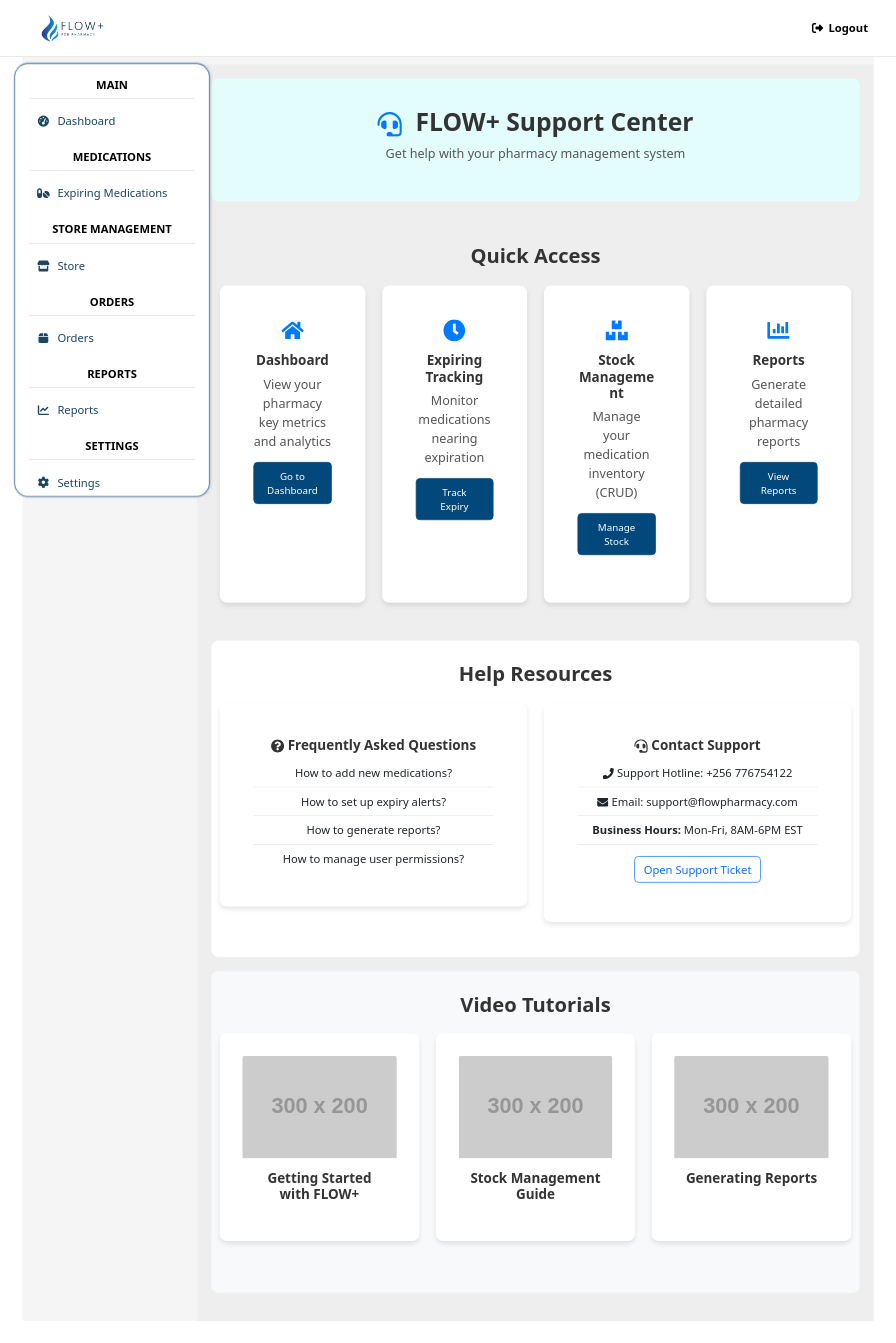
Repository: bindukabusara/Frontend
Page: /support
The author's editor kept a copy of each file at every save. The page is drawn from the files as they stood at one save, then again after the next save.
The browser window is 1280 px wide. The pictures show the whole page, at 70% of full size.
The project was rebuilt for these pictures with package versions that can differ from the ones it lists, and the page was loaded fresh each time. Also part of the build but not shown: vite.config.js, src/components/Home.jsx, src/components/authentification/Signup.css, src/components/authentification/Signup.jsx, src/components/authentification/Login.jsx, src/components/Content/Dashboard.jsx, src/components/Content/MedicationStore.jsx, src/components/Content/ExpiringMedications.jsx and 14 more.

Above is the page before, as saved 2025-03-31 17:09:12.

### index.html
<!doctype html>
<html lang="en">

<head>
  <meta charset="UTF-8" />
  <link rel="icon" type="image/png" href="/Logo.png" />
  <meta name="viewport" content="width=device-width, initial-scale=1.0" />
  <title> FLOW +</title>

</head>

<body>
  <div id="root"></div>
  <script type="module" src="/src/main.jsx"></script>
</body>

</html>

### src/App.css
#root {
  max-width: 1280px;
  margin: 0 auto;
  padding: 2rem;
  text-align: center;
}

.logo {
  height: 6em;
  padding: 1.5em;
  will-change: filter;
  transition: filter 300ms;
}
.logo:hover {
  filter: drop-shadow(0 0 2em #646cffaa);
}
.logo.react:hover {
  filter: drop-shadow(0 0 2em #61dafbaa);
}

@keyframes logo-spin {
  from {
    transform: rotate(0deg);
  }
  to {
    transform: rotate(360deg);
  }
}

@media (prefers-reduced-motion: no-preference) {
  a:nth-of-type(2) .logo {
    animation: logo-spin infinite 20s linear;
  }
}

.card {
  padding: 2em;
}

.read-the-docs {
  color: #ffffff;
}

### src/components/Pharmacy/Sidebar/Navbar.jsx
import React, { useState } from 'react';
import { useNavigate } from 'react-router-dom'; // Use useNavigate for redirection
import { FontAwesomeIcon } from '@fortawesome/react-fontawesome';
import { faSignOutAlt } from '@fortawesome/free-solid-svg-icons'; // Logout icon
import './Navbar.css'; // Import the CSS file
import logo from './Logo.png'; // Import the logo image

function Navbar() {
  const [showLogoutPopup, setShowLogoutPopup] = useState(false);
  const navigate = useNavigate(); // Initialize useNavigate for redirection

  const handleLogoutClick = () => {
    setShowLogoutPopup(true);
  };

  const handleConfirmLogout = () => {
    // Perform logout logic here
    console.log('User logged out');

    // Clear user session or authentication state
    localStorage.removeItem('authToken'); // Example: Remove token from localStorage
    // You can also clear other user-related data if needed

    // Redirect to the login page or home page
    navigate('/login'); // Replace '/login' with the desired route

    // Close the popup
    setShowLogoutPopup(false);
  };

  const handleCancelLogout = () => {
    setShowLogoutPopup(false);
  };

  return (
    <>
      {/* Navbar */}
      <nav className="navbar">
        <div className="navbar-content">
          {/* Logo on the left */}
          <div className="navbar-logo">
            <img src={logo} alt="Logo" /> {/* Use the imported logo */}
          </div>

          {/* Logout option with icon and text */}
          <div className="navbar-actions">
            <div className="logout-option" onClick={handleLogoutClick}>
              <FontAwesomeIcon icon={faSignOutAlt} /> <strong>Logout</strong>
            </div>
          </div>
        </div>
      </nav>

      {/* Logout Confirmation Popup */}
      {showLogoutPopup && (
        <div className="logout-popup-overlay">
          <div className="logout-popup">
            <h3>Are you sure you want to log out?</h3>
            <div className="popup-buttons">
              <button className="confirm-button" onClick={handleConfirmLogout}>
                Yes, Logout
              </button>
              <button className="cancel-button" onClick={handleCancelLogout}>
                Cancel
              </button>
            </div>
          </div>
        </div>
      )}
    </>
  );
}

export default Navbar;

### src/components/Content/ExpiringMedications.css
.expiring-medications-container {
    display: flex;
  }

  .main-content {
    flex: 1;
    padding: 20px;
  }

  .medication-image {
    width: 50px;
    height: 50px;
    object-fit: cover;
    border-radius: 5px;
  }
  .expiring-medications-container {
    display: flex;
  }

  .main-content {
    flex: 1;
    padding: 10px;
    background-color: #f8f9fa;
  }

  /* Card styling */
  .expired-card {
    background-color: #ff4444; /* Red background for expired medications */
    color: white; /* White text */
    border-radius: 10px;
    box-shadow: 0 4px 8px rgba(0, 0, 0, 0.1);
  }

  .expiring-soon-card {
    background-color: #ffb444; /* Orange background for expiring soon medications */
    color: white; /* White text */
    border-radius: 10px;
    box-shadow: 0 4px 8px rgba(0, 0, 0, 0.1);
  }

  .expiring-three-months-card {
    background-color: #44b4ff; /* Blue background for expiring in three months medications */
    color: white; /* White text */
    border-radius: 10px;
    box-shadow: 0 4px 8px rgba(0, 0, 0, 0.1);
  }

  /* Dropdown styling */
  .dropdown-toggle {
    width: 100%;
    text-align: left;
    background-color: transparent;
    border: none;
  }

  .dropdown-menu {
    width: 100%;
    max-height: 200px;
    overflow-y: auto;
  }

  .dropdown-item {
    padding: 10px;
    color: #333;
  }

  .dropdown-item:hover {
    background-color: #f8f9fa;
  }

  /* Description styling */
  p {
    margin-top: 10px;
    font-size: 14px;
    color: #fff;
  }

  .expiring-medications-container {
    display: flex;
  }

  .main-content {
    flex: 1;
    padding: 20px;
    background-color: #efeeee;
  }

  /* Card styling */
  .expired-card,
  .expiring-soon-card,
  .expiring-three-months-card {
    background-color: #ffffff; /* White background for cards */
    border-radius: 10px;
    box-shadow: 0 4px 8px rgba(0, 0, 0, 0.1);
    padding: 20px;
  }

  /* Button styling */
  .custom-button {
    background-color: #02487a; /* Blue background */
    color: white; /* White text */
    font-weight: bold; /* Bold text */
    border: none;
    padding: 10px 20px;
    border-radius: 5px;
    width: 100%;
    text-align: left;
    display: flex;
    align-items: center;
    transition: background-color 0.3s ease;
  }

  .custom-button:hover {
    background-color: #1a4661; /* Darker blue on hover */
  }

  /* Icon styling */
  .button-icon {
    margin-right: 10px;
    font-size: 18px;
  }

  /* Description styling */
  p {
    margin-top: 10px;
    font-size: 18px;
    color: #555;
  }

### src/components/Pharmacy/Sidebar/Navbar.css
/* Navbar Styles */
.navbar {
  background-color: #fff; /* Updated navbar color */
  color: #fff; /* White text */
  padding: 5px 10px;
  box-shadow: 0 2px 5px rgba(255, 255, 255, 0.1);
  position: fixed;
  top: 0;
  left: 0;
  width: 100%;
  z-index: 100;
  display: flex;
  align-items: center;
}

.navbar-content {
  display: flex;
  align-items: center;
  width: 100%;
  max-width: 1200px;
  margin: 0 auto;
}



.navbar-logo img {
  height: 70px; /* Adjust logo size */
}

/* Logout option styling */
.navbar-actions {
  margin-left: auto; /* Push logout to the extreme right */
  display: flex;
  align-items: center;
}

.navbar-actions .logout-option {
  color: #000000;
  cursor: pointer;
  font-size: 16px;
  display: flex;
  align-items: center;
  gap: 8px; /* Space between icon and text */
  transition: opacity 0.3s ease;
}

.navbar-actions .logout-option:hover {
  opacity: 0.8; /* Slight fade on hover */
}

/* Logout icon styling */
.navbar-actions .logout-option svg {
  width: 16px;
  height: 16px;
}

/* Logout Popup Overlay */
.logout-popup-overlay {
  position: fixed;
  top: 0;
  left: 0;
  width: 100%;
  height: 100%;
  background-color: rgba(0, 0, 0, 0.5); /* Semi-transparent black overlay */
  display: flex;
  justify-content: center;
  align-items: center;
  z-index: 1001;
}

/* Logout Popup */
.logout-popup {
  background-color: #fff;
  padding: 20px;
  border-radius: 10px;
  box-shadow: 0 2px 10px rgba(0, 0, 0, 0.1);
  text-align: center;
  max-width: 300px;
  width: 100%;
}

.logout-popup h3 {
  margin-bottom: 20px;
  color: #333;
}

.popup-buttons {
  display: flex;
  justify-content: center;
  gap: 10px;
}

.popup-buttons button {
  padding: 8px 16px;
  border: none;
  border-radius: 5px;
  cursor: pointer;
  font-size: 14px;
  transition: background-color 0.3s ease;
}

.popup-buttons .confirm-button {
  background-color: #ff4d4d; /* Red button */
  color: #fff;
}

.popup-buttons .confirm-button:hover {
  background-color: #e60000; /* Darker red on hover */
}

.popup-buttons .cancel-button {
  background-color: #1D328D; /* Updated navbar color */
  color: #fff;
}

.popup-buttons .cancel-button:hover {
  background-color: #16236b; /* Darker blue on hover */
}

### src/components/Content/order.css
.all-carts-page-container {
    padding: 20px;
  }

  .main-content {
    margin-left: 250px; /* Adjust based on your sidebar width */
  }

  .medication-image {
    width: 50px;
    height: 50px;
    object-fit: cover;
    margin-right: 10px;
  }

  .table td {
    vertical-align: middle; /* Align content vertically in the middle */
  }

  .modal-body {
    padding: 20px;
  }

  .modal-footer {
    justify-content: space-between;
  }

  /* Style the time input */
  input[type="time"] {
    padding: 8px;
    border: 1px solid #ccc;
    border-radius: 4px;
    width: 100%;
  }

  /* Style the "Add Another Time" button */
  .btn-secondary {
    margin-top: 10px;
  }

  .custom-table {
    width: 100%;
    border-collapse: collapse;
    margin-top: 20px;
    box-shadow: 0 4px 8px rgba(0, 0, 0, 0.1);
    background-color: #fff;
  }

  .custom-table th,
  .custom-table td {
    padding: 12px;
    text-align: left;
    border-bottom: 1px solid #ddd;
  }

  .custom-table th {
    background-color: #02487a;
    color: #fff;
    font-weight: bold;
    text-transform: uppercase;
    font-size: 12px;
  }

  .custom-table tbody tr:hover {
    background-color: #f1f1f1;
  }

  .custom-table tbody tr:nth-child(even) {
    background-color: #f9f9f9;
  }

  /* Medication Image Styling */
  .medication-image {
    width: 30px;
    height: 30px;
    border-radius: 5px;
    object-fit: cover;
  }

  /* Button Styling */
  .btn-primary {
    background-color:#02487a;
    border-color: #02487a;
    font-size: 14px;
    padding: 8px 16px;
  }

  .btn-primary:hover {
    background-color: #02487a;;
    border-color:#02487a;;
  }

### src/components/Content/Support.css
/* Support Page Styles */
.dashboard-container {
    display: flex;
    min-height: 100vh;
  }

  .main-content {
    flex: 1;
    padding: 20px;
    margin-left: 250px; /* Adjust based on your sidebar width */
  }

  .support-header {
    background-color: #E3FDFD;
    padding: 40px 0;
    text-align: center;
    margin-bottom: 30px;
    border-radius: 10px;
  }

  .support-header h1 {
    font-size: 2.2rem;
    font-weight: bold;
    color: #333;
  }

  .support-icon {
    color: #007bff;
    margin-right: 10px;
  }

  .section-title {
    font-size: 1.8rem;
    font-weight: bold;
    color: #333;
    margin-bottom: 25px;
    text-align: center;
  }

  .quick-links {
    padding: 30px 0;
  }

  .quick-link-card {
    height: 100%;
    transition: transform 0.3s ease;
    border: none;
    border-radius: 10px;
    box-shadow: 0 4px 8px rgba(0, 0, 0, 0.1);
    margin-bottom: 20px;
  }

  .quick-link-card:hover {
    transform: translateY(-5px);
  }

  .quick-link-icon {
    font-size: 2rem;
    color: #007bff;
    margin-bottom: 15px;
  }

  .help-resources, .video-tutorials {
    padding: 30px 0;
    background-color: #ffffff;
    border-radius: 10px;
    margin-bottom: 20px;
  }

  .video-tutorials {
    background-color: #f8f9fa;
  }

  .card {
    border: none;
    border-radius: 10px;
    box-shadow: 0 4px 8px rgba(0, 0, 0, 0.1);
    transition: transform 0.3s ease;
    margin-bottom: 20px;
  }

  .card:hover {
    transform: translateY(-5px);
  }

  .ListGroup-item {
    padding: 12px;
    border-left: none;
    border-right: none;
  }

  /* Responsive adjustments */
  @media (max-width: 992px) {
    .main-content {
      margin-left: 0;
      padding-top: 70px; /* Account for navbar height */
    }

    .support-header h1 {
      font-size: 1.8rem;
    }

    .section-title {
      font-size: 1.5rem;
    }

    .quick-link-icon {
      font-size: 1.5rem;
    }
  }

### src/componentp/contents/Reminder.css
.reminder-page-container {
  display: flex;
  min-height: 100vh;
}

.main-content {
  flex: 1;
  padding: 20px;
  margin-left: 250px; /* Adjust based on sidebar width */
}

.active-reminders-alert {
  position: fixed;
  top: 20px;
  right: 20px;
  width: 350px;
  z-index: 1000;
  animation: pulse 2s infinite;
}

@keyframes pulse {
  0% { box-shadow: 0 0 0 0 rgba(255, 193, 7, 0.7); }
  70% { box-shadow: 0 0 0 10px rgba(255, 193, 7, 0); }
  100% { box-shadow: 0 0 0 0 rgba(255, 193, 7, 0); }
}

.medication-thumbnail {
  width: 50px;
  height: 50px;
  object-fit: cover;
  border-radius: 4px;
  margin-right: 10px;
}

.reminders-grid {
  display: grid;
  grid-template-columns: repeat(auto-fill, minmax(300px, 1fr));
  gap: 20px;
}

.times-list {
  padding-left: 20px;
  margin-bottom: 0;
}

@media (max-width: 768px) {
  .main-content {
    margin-left: 0;
  }

  .reminders-grid {
    grid-template-columns: 1fr;
  }

  .active-reminders-alert {
    width: calc(100% - 40px);
    left: 20px;
    right: auto;
  }
}

.reminder-page-container {
  display: flex;
  min-height: 100vh;
  background-color: #f8f9fa;
}

.main-content {
  flex: 1;
  padding: 20px;
  margin-left: 250px;
  margin-top: 60px;
}

.medication-thumbnail {
  width: 50px;
  height: 50px;
  object-fit: cover;
  border-radius: 4px;
}

.medication-image-large {
  width: 200px;
  height: 200px;
  object-fit: cover;
  border-radius: 8px;
}

.alerts-section {
  background-color: #fff8f8;
  padding: 15px;
  border-radius: 8px;
  border-left: 4px solid #dc3545;
  margin-bottom: 20px;
}

/* Add any additional styles you need */

.reminder-page-container {
  padding: 20px;
}

.main-content {
  margin-left: 250px;
  padding: 20px;
}

.alerts-section {
  background-color: #fff8f8;
  padding: 15px;
  border-radius: 8px;
  border-left: 4px solid #dc3545;
}

.medication-thumbnail {
  width: 50px;
  height: 50px;
  object-fit: cover;
  border-radius: 4px;
}

.medication-image-large {
  width: 150px;
  height: 150px;
  object-fit: contain;
  border-radius: 8px;
  border: 1px solid #dee2e6;
}

.reminder-details .ps-4 {
  padding-left: 1.5rem;
}

/* Responsive adjustments */
@media (max-width: 768px) {
  .main-content {
    margin-left: 0;
  }

  .medication-image-large {
    width: 100px;
    height: 100px;
  }

  .reminder-details {
    flex-direction: column;
  }
}

### src/components/saler/Content/ExpiringMedications.css
.expiring-medications-container {
    display: flex;
  }

  .main-content {
    flex: 1;
    padding: 20px;
  }

  .medication-image {
    width: 50px;
    height: 50px;
    object-fit: cover;
    border-radius: 5px;
  }
  .expiring-medications-container {
    display: flex;
  }

  .main-content {
    flex: 1;
    padding: 10px;
    background-color: #f8f9fa;
  }

  /* Card styling */
  .expired-card {
    background-color: #ff4444; /* Red background for expired medications */
    color: white; /* White text */
    border-radius: 10px;
    box-shadow: 0 4px 8px rgba(0, 0, 0, 0.1);
  }

  .expiring-soon-card {
    background-color: #ffb444; /* Orange background for expiring soon medications */
    color: white; /* White text */
    border-radius: 10px;
    box-shadow: 0 4px 8px rgba(0, 0, 0, 0.1);
  }

  .expiring-three-months-card {
    background-color: #44b4ff; /* Blue background for expiring in three months medications */
    color: white; /* White text */
    border-radius: 10px;
    box-shadow: 0 4px 8px rgba(0, 0, 0, 0.1);
  }

  /* Dropdown styling */
  .dropdown-toggle {
    width: 100%;
    text-align: left;
    background-color: transparent;
    border: none;
  }

  .dropdown-menu {
    width: 100%;
    max-height: 200px;
    overflow-y: auto;
  }

  .dropdown-item {
    padding: 10px;
    color: #333;
  }

  .dropdown-item:hover {
    background-color: #f8f9fa;
  }

  /* Description styling */
  p {
    margin-top: 10px;
    font-size: 14px;
    color: #fff;
  }

  .expiring-medications-container {
    display: flex;
  }

  .main-content {
    flex: 1;
    padding: 20px;
    background-color: #efeeee;
  }

  /* Card styling */
  .expired-card,
  .expiring-soon-card,
  .expiring-three-months-card {
    background-color: #ffffff; /* White background for cards */
    border-radius: 10px;
    box-shadow: 0 4px 8px rgba(0, 0, 0, 0.1);
    padding: 20px;
  }

  /* Button styling */
  .custom-button {
    background-color: #02487a; /* Blue background */
    color: white; /* White text */
    font-weight: bold; /* Bold text */
    border: none;
    padding: 10px 20px;
    border-radius: 5px;
    width: 100%;
    text-align: left;
    display: flex;
    align-items: center;
    transition: background-color 0.3s ease;
  }

  .custom-button:hover {
    background-color: #1a4661; /* Darker blue on hover */
  }

  /* Icon styling */
  .button-icon {
    margin-right: 10px;
    font-size: 18px;
  }

  /* Description styling */
  p {
    margin-top: 10px;
    font-size: 18px;
    color: #555;
  }

### src/componentp/bar/Navbar.css
/* Navbar Styles */
.navbar {
  background-color: #fff; /* Updated navbar color */
  color: #fff; /* White text */
  padding: 5px 10px;
  box-shadow: 0 2px 5px rgba(255, 255, 255, 0.1);
  position: fixed;
  top: 0;
  left: 0;
  width: 100%;
  z-index: 100;
  display: flex;
  align-items: center;
}

.navbar-content {
  display: flex;
  align-items: center;
  width: 100%;
  max-width: 1200px;
  margin: 0 auto;
}



.navbar-logo img {
  height: 70px; /* Adjust logo size */
}

/* Logout option styling */
.navbar-actions {
  margin-left: auto; /* Push logout to the extreme right */
  display: flex;
  align-items: center;
}

.navbar-actions .logout-option {
  color: #000000;
  cursor: pointer;
  font-size: 16px;
  display: flex;
  align-items: center;
  gap: 8px; /* Space between icon and text */
  transition: opacity 0.3s ease;
}

.navbar-actions .logout-option:hover {
  opacity: 0.8; /* Slight fade on hover */
}

/* Logout icon styling */
.navbar-actions .logout-option svg {
  width: 16px;
  height: 16px;
}

/* Logout Popup Overlay */
.logout-popup-overlay {
  position: fixed;
  top: 0;
  left: 0;
  width: 100%;
  height: 100%;
  background-color: rgba(0, 0, 0, 0.5); /* Semi-transparent black overlay */
  display: flex;
  justify-content: center;
  align-items: center;
  z-index: 1001;
}

/* Logout Popup */
.logout-popup {
  background-color: #fff;
  padding: 20px;
  border-radius: 10px;
  box-shadow: 0 2px 10px rgba(0, 0, 0, 0.1);
  text-align: center;
  max-width: 300px;
  width: 100%;
}

.logout-popup h3 {
  margin-bottom: 20px;
  color: #333;
}

.popup-buttons {
  display: flex;
  justify-content: center;
  gap: 10px;
}

.popup-buttons button {
  padding: 8px 16px;
  border: none;
  border-radius: 5px;
  cursor: pointer;
  font-size: 14px;
  transition: background-color 0.3s ease;
}

.popup-buttons .confirm-button {
  background-color: #ff4d4d; /* Red button */
  color: #fff;
}

.popup-buttons .confirm-button:hover {
  background-color: #e60000; /* Darker red on hover */
}

.popup-buttons .cancel-button {
  background-color: #1D328D; /* Updated navbar color */
  color: #fff;
}

.popup-buttons .cancel-button:hover {
  background-color: #16236b; /* Darker blue on hover */
}

### src/components/saler/Bar/Navbar.css
/* Navbar Styles */
.navbar {
  background-color: #fff; /* Updated navbar color */
  color: #fff; /* White text */
  padding: 5px 10px;
  box-shadow: 0 2px 5px rgba(255, 255, 255, 0.1);
  position: fixed;
  top: 0;
  left: 0;
  width: 100%;
  z-index: 100;
  display: flex;
  align-items: center;
}

.navbar-content {
  display: flex;
  align-items: center;
  width: 100%;
  max-width: 1200px;
  margin: 0 auto;
}



.navbar-logo img {
  height: 70px; /* Adjust logo size */
}

/* Logout option styling */
.navbar-actions {
  margin-left: auto; /* Push logout to the extreme right */
  display: flex;
  align-items: center;
}

.navbar-actions .logout-option {
  color: #000000;
  cursor: pointer;
  font-size: 16px;
  display: flex;
  align-items: center;
  gap: 8px; /* Space between icon and text */
  transition: opacity 0.3s ease;
}

.navbar-actions .logout-option:hover {
  opacity: 0.8; /* Slight fade on hover */
}

/* Logout icon styling */
.navbar-actions .logout-option svg {
  width: 16px;
  height: 16px;
}

/* Logout Popup Overlay */
.logout-popup-overlay {
  position: fixed;
  top: 0;
  left: 0;
  width: 100%;
  height: 100%;
  background-color: rgba(0, 0, 0, 0.5); /* Semi-transparent black overlay */
  display: flex;
  justify-content: center;
  align-items: center;
  z-index: 1001;
}

/* Logout Popup */
.logout-popup {
  background-color: #fff;
  padding: 20px;
  border-radius: 10px;
  box-shadow: 0 2px 10px rgba(0, 0, 0, 0.1);
  text-align: center;
  max-width: 300px;
  width: 100%;
}

.logout-popup h3 {
  margin-bottom: 20px;
  color: #333;
}

.popup-buttons {
  display: flex;
  justify-content: center;
  gap: 10px;
}

.popup-buttons button {
  padding: 8px 16px;
  border: none;
  border-radius: 5px;
  cursor: pointer;
  font-size: 14px;
  transition: background-color 0.3s ease;
}

.popup-buttons .confirm-button {
  background-color: #ff4d4d; /* Red button */
  color: #fff;
}

.popup-buttons .confirm-button:hover {
  background-color: #e60000; /* Darker red on hover */
}

.popup-buttons .cancel-button {
  background-color: #1D328D; /* Updated navbar color */
  color: #fff;
}

.popup-buttons .cancel-button:hover {
  background-color: #16236b; /* Darker blue on hover */
}

Loaded but not shown: src/main.jsx (common file); src/index.css (common file); src/components/Content/Support.jsx (169 lines, source omitted); src/components/Content/MedicationStore.css (337 lines, source omitted); src/components/Home.css (293 lines, source omitted); src/components/Content/Dashboard.css (222 lines, source omitted); src/components/saler/Content/Dashboard.css (222 lines, source omitted); src/componentp/contents/Orders.css (254 lines, source omitted); src/componentp/contents/Card.css (218 lines, source omitted); src/components/saler/Bar/sidebar.css (134 lines, source omitted); src/components/saler/Content/Report.css (163 lines, source omitted); src/components/Content/Report.css (163 lines, source omitted); src/components/Pharmacy/Sidebar/Sidebar.jsx (120 lines, source omitted); src/components/Pharmacy/Sidebar/sidebar.css (153 lines, source omitted); src/componentp/bar/sidebar.css (170 lines, source omitted); src/App.jsx (62 lines, source omitted); src/components/saler/Content/OrdersS.css (no stored copy; drawn as an empty file); src/components/saler/Content/store.css (no stored copy; drawn as an empty file)

After the next save:
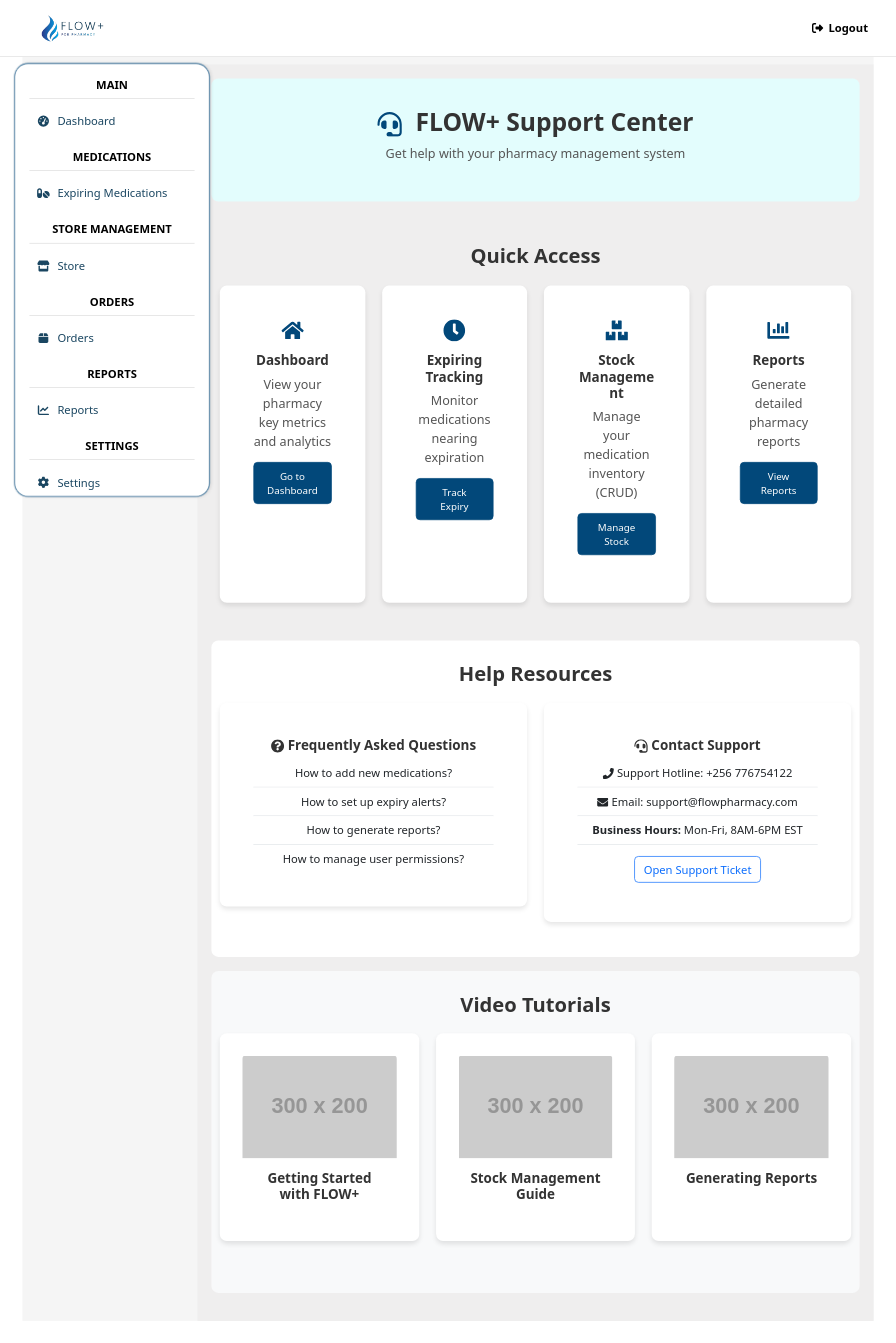
Saved 2 s later.
--- a/src/components/Content/Support.css
+++ b/src/components/Content/Support.css
@@ -25,7 +25,7 @@
   }
 
   .support-icon {
-    color: #007bff;
+    color: #02487a;
     margin-right: 10px;
   }
 
@@ -56,7 +56,7 @@
 
   .quick-link-icon {
     font-size: 2rem;
-    color: #007bff;
+    color: #02487a;
     margin-bottom: 15px;
   }
 
